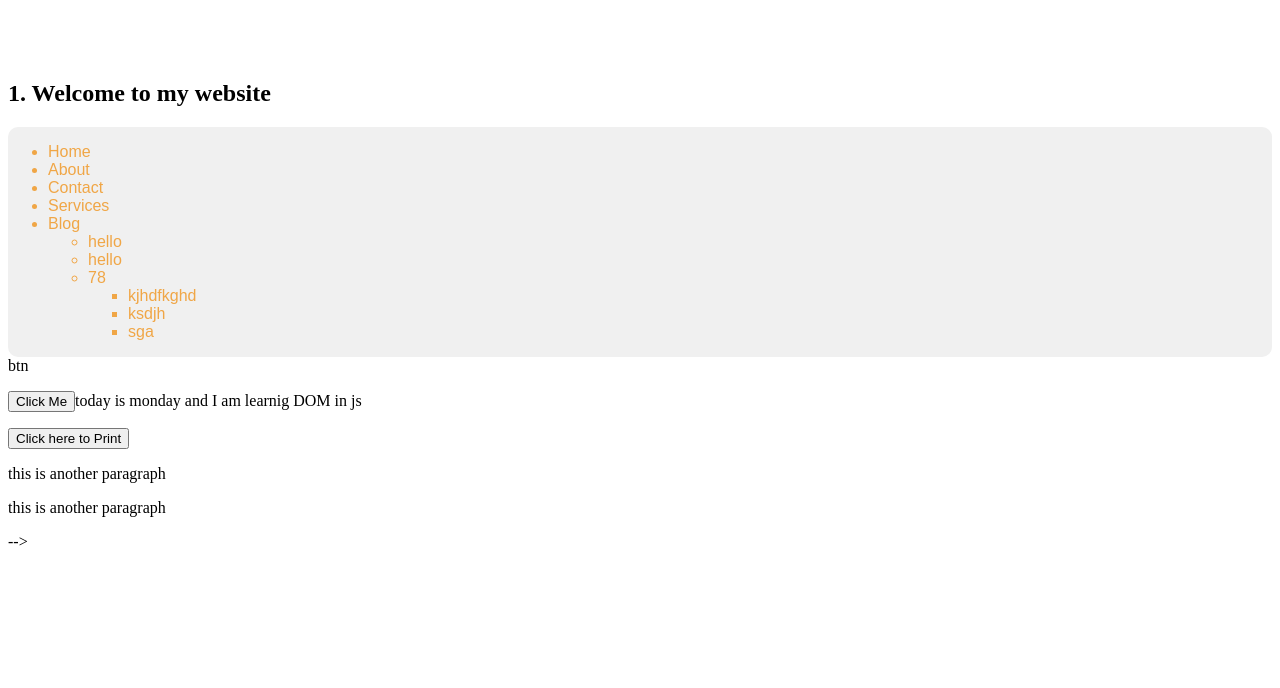
Repository: phulkeshwarmahto/CompleteJS
Page: index.html
These files come from the project's save history. The page is drawn as it stood at one moment and after the next save; the edit follows.
The browser window is 1280 px wide. The pictures show the whole page.

Above is the page before, as saved 2025-06-26 11:18:56.

After the next save:
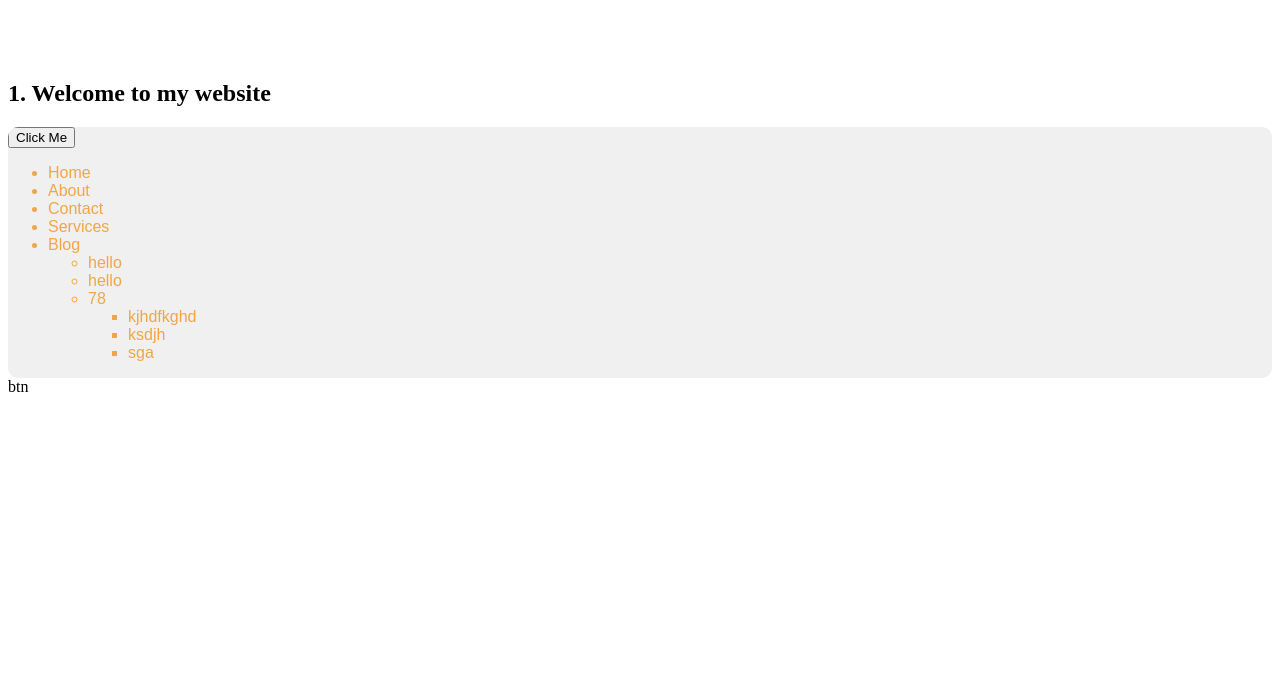
Console error: TypeError: Cannot read properties of null (reading 'prepend')
Saved 6 s later.
--- a/index.html
+++ b/index.html
@@ -30,7 +30,7 @@
     </ul></div>
     <!-- <h1 id="myH">I am learning JavaScipt
     </h1>
-    <!-- <p id="myP">this is an example <p>hello this is me</p></p> -->
+    <p id="myP">this is an example <p>hello this is me</p></p>
     <p class="para" >today is monday and I am learnig DOM in js</p>
     <button onclick="window.print()">Click here to Print</button>
     <p >this is another paragraph</p>

After the save that followed:
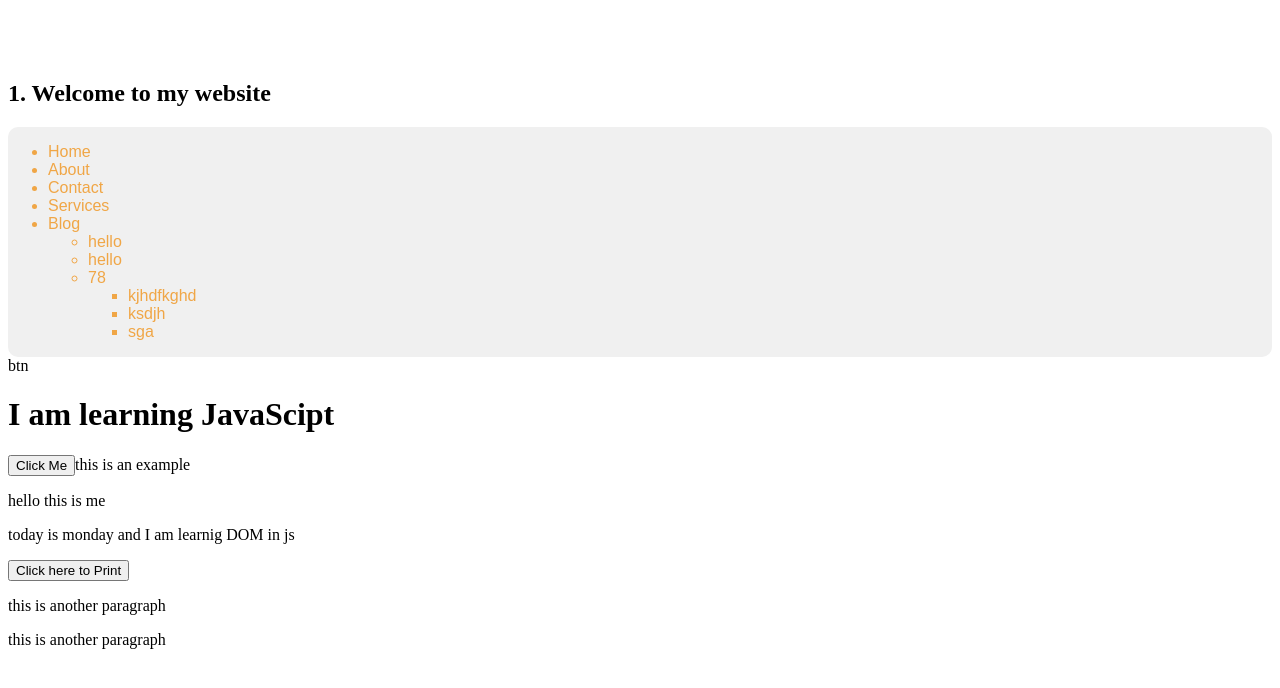
The error is gone.
Saved 9 s later.
--- a/index.html
+++ b/index.html
@@ -28,13 +28,13 @@
             </li>
         </li></ul></div>
     </ul></div>
-    <!-- <h1 id="myH">I am learning JavaScipt
+    <h1 id="myH">I am learning JavaScipt
     </h1>
     <p id="myP">this is an example <p>hello this is me</p></p>
     <p class="para" >today is monday and I am learnig DOM in js</p>
     <button onclick="window.print()">Click here to Print</button>
     <p >this is another paragraph</p>
-    <p >this is another paragraph</p> -->
+    <p >this is another paragraph</p>
 </body>
 <script src="first.js">
 </script>
